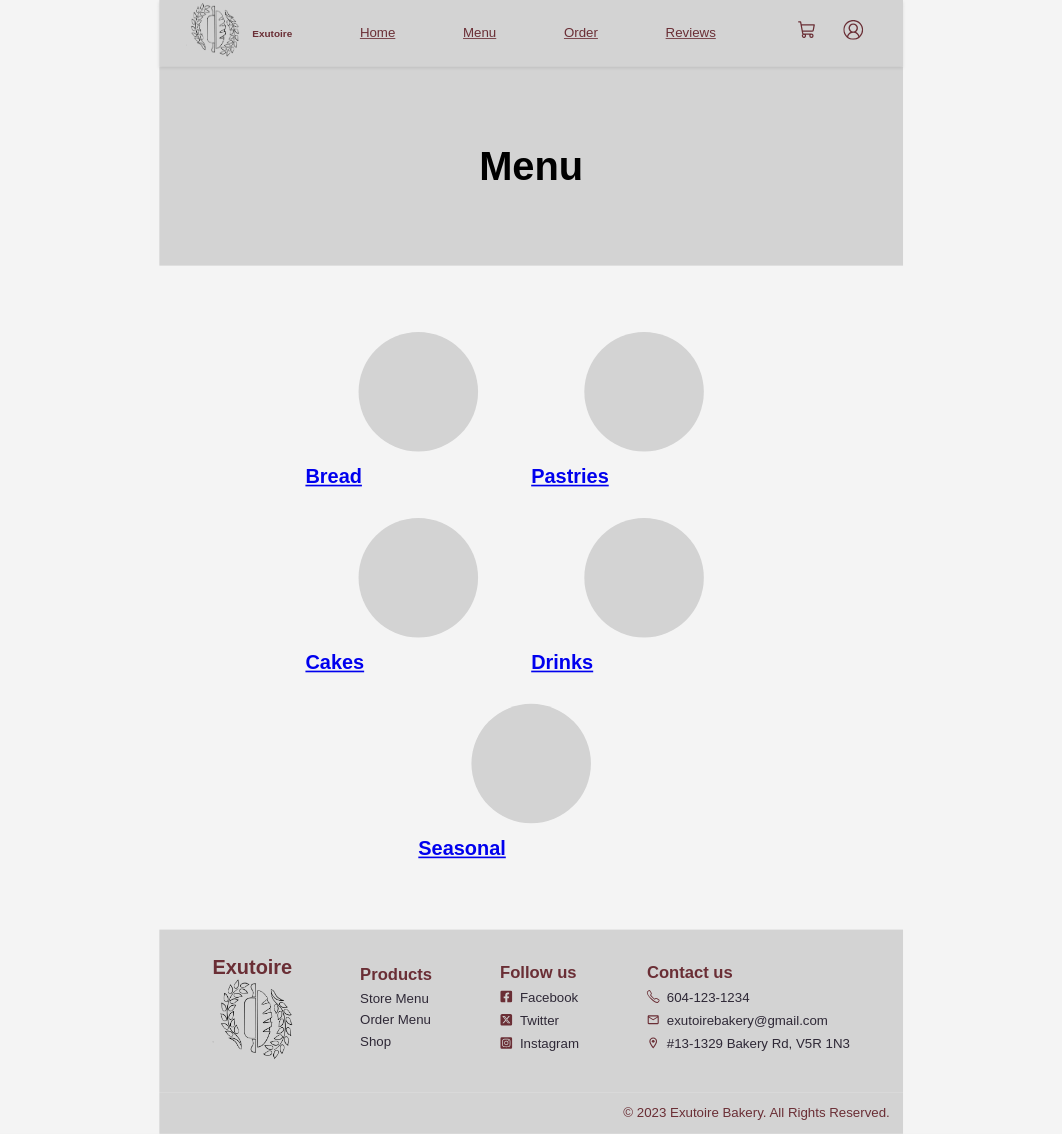
Repository: MelissaJacobi/COMP3170-final-proj
Page: /menu
The author's editor kept a copy of each file at every save. The page is drawn from the files as they stood at one save, then again after the next save.
The browser window is 1280 px wide. The pictures show the whole page, at 83% of full size.
The project was rebuilt for these pictures with package versions that can differ from the ones it lists, and the page was loaded fresh each time. Also part of the build but not shown: vite.config.js, src/pages/ShoppingCart.module.css, src/components/ShoppingCartCard.module.css, src/components/ShoppingCartCard.jsx, src/components/OrderTotal.jsx, src/pages/ShoppingCart.jsx, src/pages/Profile.module.css, src/pages/Profile.jsx and 32 more.

Above is the page before, as saved 2024-10-19 19:54:54.

### src/main.jsx
import { StrictMode } from 'react'
import { createRoot } from 'react-dom/client'
import App from './App.jsx'
import './index.css'

const rootElement = document.getElementById('root');
if (rootElement) {
  createRoot(rootElement).render(
    <StrictMode>
      <App />
    </StrictMode>
  );
}

### src/App.jsx
import { BrowserRouter as Router, Routes, Route } from 'react-router-dom';
import styles from './App.module.css';
import Header from './components/Header';
import Footer from './components/Footer';
import Home from './pages/Home';
import Menu from './pages/menu';
import Bread from './pages/Bread';
import Pastries from './pages/Pastries';
import Cakes from './pages/Cakes';
import Drinks from './pages/Drinks';
import Seasonal from './pages/Seasonal';
import OrderPickUp from './pages/OrderPickUp';
import OrderDelivery from './pages/OrderDelivery';
import ShoppingCart from './pages/ShoppingCart';
import Profile from './pages/Profile';
import Reviews from './pages/reviews';

function App() {
  return (
    <Router>
      <div className={styles.appContainer}>
        <Header />
        <Routes>
          <Route path="/" element={<Home />} />
          <Route path="/menu" element={<Menu />} />
          <Route path="/menu/bread" element={<Bread />} />
          <Route path="/menu/pastries" element={<Pastries />} />
          <Route path="/menu/cakes" element={<Cakes />} />
          <Route path="/menu/drinks" element={<Drinks />} />
          <Route path="/menu/seasonal" element={<Seasonal />} />
          <Route path="/orderpickup" element={<OrderPickUp />} />
          <Route path="/orderdelivery" element={<OrderDelivery />} />
          <Route path="/shoppingcart" element={<ShoppingCart/>}/>
          <Route path="/profile" element={<Profile />}/>
          <Route path="/Reviews" element={<Reviews />}/>
        </Routes>
        <Footer />
      </div>
    </Router>
  );
}

export default App;

### src/index.css
* {
  margin: 0;
  padding: 0;
  box-sizing: border-box;
}

body {
  font-family: Arial, sans-serif;
  line-height: 1.6;
  background-color: #f4f4f4;
}

:root {
  --primary-color: lightgrey;
  --secondary-color: lightblue;
  --accent-color: #6A2E35;
  --background-color: white;
  --text-color: #2E2836;
}

### src/App.module.css
.appContainer {
    width: 70%;
    height: 100%;
    margin: auto;
}

### src/components/Header.jsx
// Header.tsx
import { Link, Route, Router, Routes } from 'react-router-dom';
import styles from './Header.module.css';
import logo from "../assets/images/logo.png";
import { PiShoppingCart } from "react-icons/pi";
import { VscAccount } from "react-icons/vsc";
import OverallCart from '../pages/ShoppingCart';
import Profile from '../pages/Profile';

export default function Header() {
  return (
    <div className={styles.container}>
      <div>
        <Link to ="/"><img src={logo} alt="Logo" className={styles.logo} /></Link>
        <p className={styles.siteTitle}>Exutoire</p>
      </div>
      <Link to="/" className={styles.links}>Home</Link>
      <Link to="/Menu" className={styles.links}>Menu</Link>
      <Link to="/OrderPickUp" className={styles.links}>Order</Link>
      <Link to="/Reviews" className={styles.links}>Reviews</Link>
      <div>
        <Link to="/ShoppingCart">
          <PiShoppingCart className={styles.icon} />
        </Link>
        <Link to="/Profile">
          <VscAccount className={styles.icon} />
        </Link>
      </div>
    </div>
  );
}

### src/components/Footer.tsx
import logo from "../assets/images/logo.png"
import styles from "./Footer.module.css"
import { FaFacebookSquare } from "react-icons/fa";
import { FaSquareXTwitter } from "react-icons/fa6";
import { FaInstagramSquare } from "react-icons/fa";
import { SlPhone } from "react-icons/sl";
import { MdOutlineMailOutline } from "react-icons/md";
import { MdOutlineLocationOn } from "react-icons/md";

export default function Footer() {

  return (
    <>
      <div className={styles.container}>
        <div>
            <p className={styles.siteTitle}>Exutoire</p>
            <img src={logo} alt="Logo" className={styles.logo}/>
        </div>
        <ul>
          <p>Products</p>
          <li>Store Menu</li>
          <li>Order Menu</li>
          <li>Shop</li>
        </ul>
        <ul>
          <p>Follow us</p>
          <li><FaFacebookSquare className={styles.socialIcon}/>Facebook</li>
          <li><FaSquareXTwitter className={styles.socialIcon}/>Twitter</li>
          <li><FaInstagramSquare className={styles.socialIcon}/>Instagram</li>
        </ul>
        <ul>
          <p>Contact us</p>
          <li><SlPhone  className={styles.socialIcon}/>604-123-1234</li>
          <li><MdOutlineMailOutline className={styles.socialIcon}/>exutoirebakery@gmail.com</li>
          <li><MdOutlineLocationOn className={styles.socialIcon}/>#13-1329 Bakery Rd, V5R 1N3</li>
        </ul>
      </div>
      <p className={styles.copywrite}>© 2023 Exutoire Bakery.  All Rights Reserved.</p>
    </>
  )
}

### src/pages/Menu.jsx
import { Link } from 'react-router-dom';
import styles from './Menu.module.css';

export default function Menu() {
  return (
    <div className={styles.container}>
      <div className={styles.banner}>
        <h1>Menu</h1>
      </div>
      <div className={styles.options}>
        <div className={styles.option}>
          <Link to="/menu/bread">
            <div></div>
            <h2>Bread</h2>
          </Link>
        </div>
        <div className={styles.option}>
          <Link to="/menu/pastries">
            <div></div>
            <h2>Pastries</h2>
          </Link>
        </div>
        <div className={styles.option}>
          <Link to="/menu/cakes">
            <div></div>
            <h2>Cakes</h2>
          </Link>
        </div>
        <div className={styles.option}>
          <Link to="/menu/drinks">
            <div></div>
            <h2>Drinks</h2>
          </Link>
        </div>
        <div className={styles.option}>
          <Link to="/menu/seasonal">
            <div></div>
            <h2>Seasonal</h2>
          </Link>
        </div>
      </div>
    </div>
  );
}

### src/components/Header.module.css
.container {
    background-color: var(--primary-color);
    width: 100%;
    height: 5rem;
    display: flex;
    align-items: center;
    justify-content: space-between;
    padding: 2rem;
    position: sticky;
    top: 0;
    z-index: 1000;
    box-shadow: 0 2px 4px rgba(0, 0, 0, 0.1);
}

.logo {
    height: 4rem;
    width: 4rem;
}

.siteTitle {
    font-size: 12px;
    font-style: normal;
    font-weight: 700;
    line-height: normal;
    margin-left: 1rem;
    color: var(--accent-color)
}

.container div {
    display: flex;
    align-items: center;
}

.links {
    font-size: 16px;
    font-style: normal;
    font-weight: 400;
    line-height: normal;
    color: var(--accent-color)
}

.icon {
    height: 1.5rem;
    width: 1.5rem;
    margin: 1rem;
    color: var(--accent-color)
}

### src/components/Footer.module.css
.container {
    background-color: var(--primary-color);
    height: 100%;
    width: 100%;
    display: flex;
    flex-wrap: wrap;
    align-items: center;
    justify-content: space-between;
    padding: 2rem 4rem;
}

.container div{
    text-align: center;
}

.logo {
    width: 6rem;
    height: 6rem;
}

.siteTitle {
    font-size: 24px;
    font-style: normal;
    font-weight: 700;
    line-height: normal;
    color: var(--accent-color)
}

.container ul p {
    color: var(--accent-color);
    font-size: 20px;
    font-style: normal;
    font-weight: 700;
    line-height: normal;
}

.container ul li {
    font-size: 16px;
    font-style: normal;
    font-weight: 400;
    line-height: normal;
    margin: 0.5rem 0rem;
    padding: 0;
    list-style-type: none;
    color: var(--text-color)
}

.socialIcon {
    transform: translateY(0.1rem);
    color: var(--accent-color);
    margin-right: 0.5rem;
}

.copywrite {
    width: 100%;
    text-align: right;
    padding: 1rem;
    font-size: 16px;
    font-style: normal;
    font-weight: 400;
    line-height: normal;
    color: var(--accent-color);
    background-color: var(--primary-color);
}

### src/pages/Menu.module.css
.container {
    width: 100%;
}

.banner {
    width: 100%;
    height: 15rem;
    display: flex;
    justify-content: center;
    align-items: center;
    background-color: var(--primary-color);
}

.container h1 {
    font-size: 48px;
    font-style: normal;
    font-weight: 700;
    line-height: normal;
}

.options {
    display: flex;
    flex-wrap: wrap;
    justify-content: center;
    padding: 4rem;
}

.option div {
    width: 9rem;
    height: 9rem;
    border-radius: 50%;
    background-color: var(--primary-color);
    margin: 1rem 4rem;
}

### src/components/MenuGallery.module.css
.container {
    display: flex;
    flex-direction: column;
    align-items: center;
    justify-content: center;
    height: 100%;
}

h2 {
    font-size: 30px;
    font-style: normal;
    font-weight: 700;
    line-height: normal;
    text-align: center;
    margin: 0;
}

.gallery {
    width: 100%;
    margin-top: 1rem;
    display: flex;
    justify-content: space-around;
    flex-wrap: wrap;
    height: 100%;
    padding: 1rem 7rem;
}

.galleryItem {
    height: 15rem;
    width: 15rem;
    background-color: var(--primary-color);
    display: flex;
    justify-content: center;
    margin: 1rem;
}

### src/components/PickUpInformation.module.css
.formContainer {
  padding: 20px;
  margin: 0 auto;
}

h2 {
  margin-bottom: 20px;
  text-align: left;
  font-weight: 600;
  font-size: 1.5em;
}

form {
  display: flex;
  flex-direction: column;
}

.inputRow {
  display: flex;
  justify-content: space-between;
  gap: 10px;
}

input, select {
  width: 100%;
  padding: 10px;
  margin-bottom: 15px;
  border: 1px solid #ccc;
  border-radius: 5px;
  font-size: 14px;
  box-sizing: border-box;
}

input[type="tel"],
input[type="email"],
input[type="text"] {
  width: 100%;
}

button {
  width: 100%;
  padding: 15px;
  background-color: #333;
  color: #fff;
  border: none;
  border-radius: 5px;
  cursor: pointer;
  font-size: 16px;
  text-align: center;
  transition: background-color 0.3s ease;
}

button:hover {
  background-color: #555;
}

.checkboxRow {
  display: flex;
  align-items: center;
  justify-content: flex-start;
  gap: 10px;
  margin-bottom: 20px;
}

.checkboxInput {
  width: auto;
}

.checkboxLabel {
  margin-left: 0;
  white-space: nowrap;
  margin-bottom: 15px;
}

### src/components/OrderTotal.module.css
.orderTotalContainer {
    display: flex;
    flex-direction: column;
    justify-content: flex-end;
    align-items: flex-end;
}

.subtotal, .tax, .grandTotal {
    display: flex;
    flex-direction: row;
    justify-content: space-around;
    width: 55%;
    margin: 0.5rem;
}

.grandTotal {
    font-size: 40px;
    font-weight: 300;
}

.line {
    background-color: #9a9a9a;
    height: 0.2rem;
    width: 55%;
}

.lineThin {
    background-color: #9a9a9a;
    height: 0.1rem;
    width: 55%;
}

.btns, Link {
    display: flex;
    justify-content: center;
    align-items: center;
    width: 30%;
    margin-bottom: 1rem;
}

.backBtn {
    background-color: inherit;
    color: #6A2E35;
}

.checkoutBtn {
    display: flex;
    justify-content: center;
    align-items: center;
    background-color: #6A2E35;
    height: 2.7rem;
    border-radius: 0;
}

Loaded but not shown: index.html (common file)

After the next save:
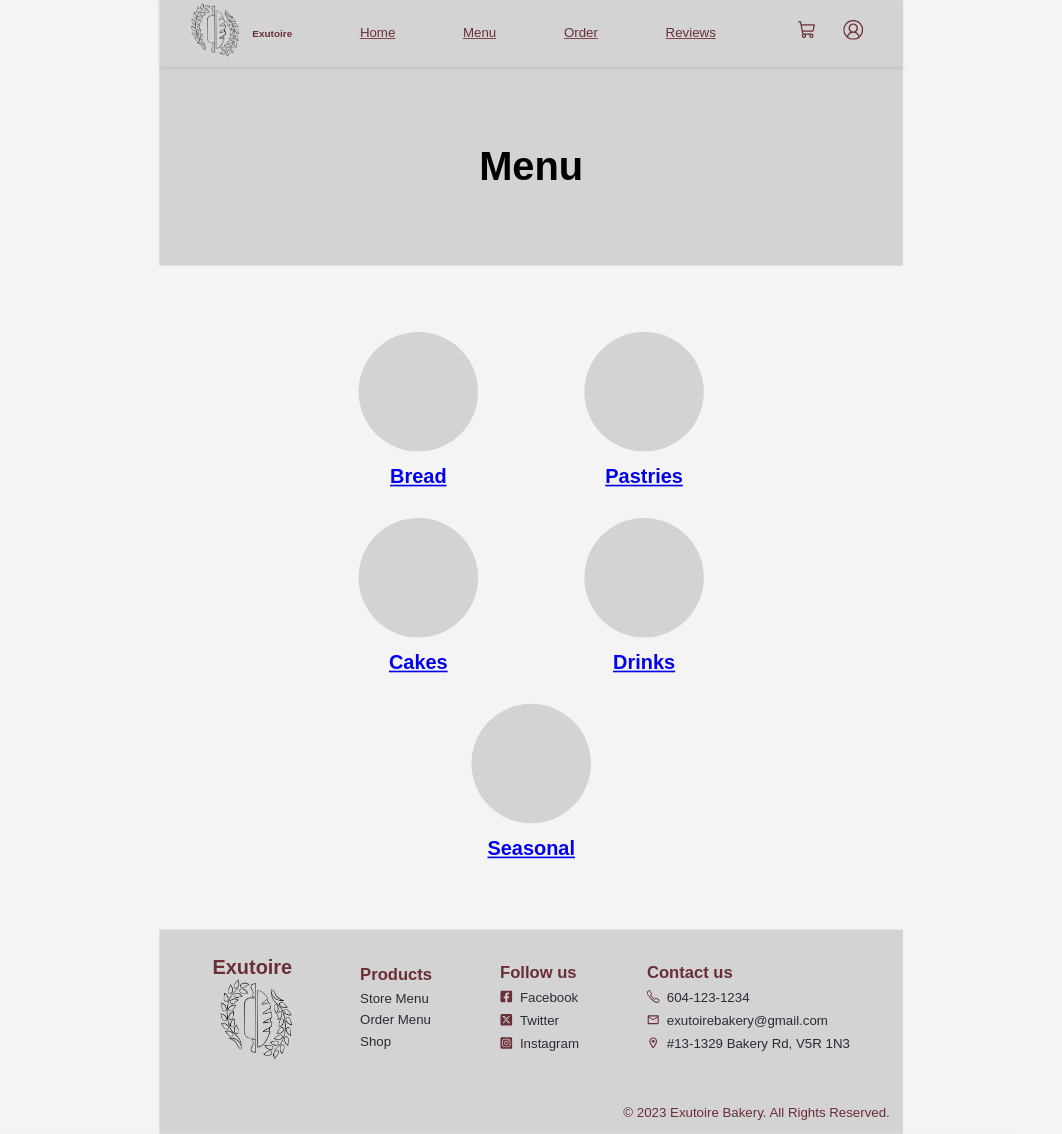
Saved 2 min 14 s later.
--- a/src/pages/Menu.module.css
+++ b/src/pages/Menu.module.css
@@ -32,3 +32,7 @@
     background-color: var(--primary-color);
     margin: 1rem 4rem;
 }
+
+.option h2 {
+    text-align: center;
+}
